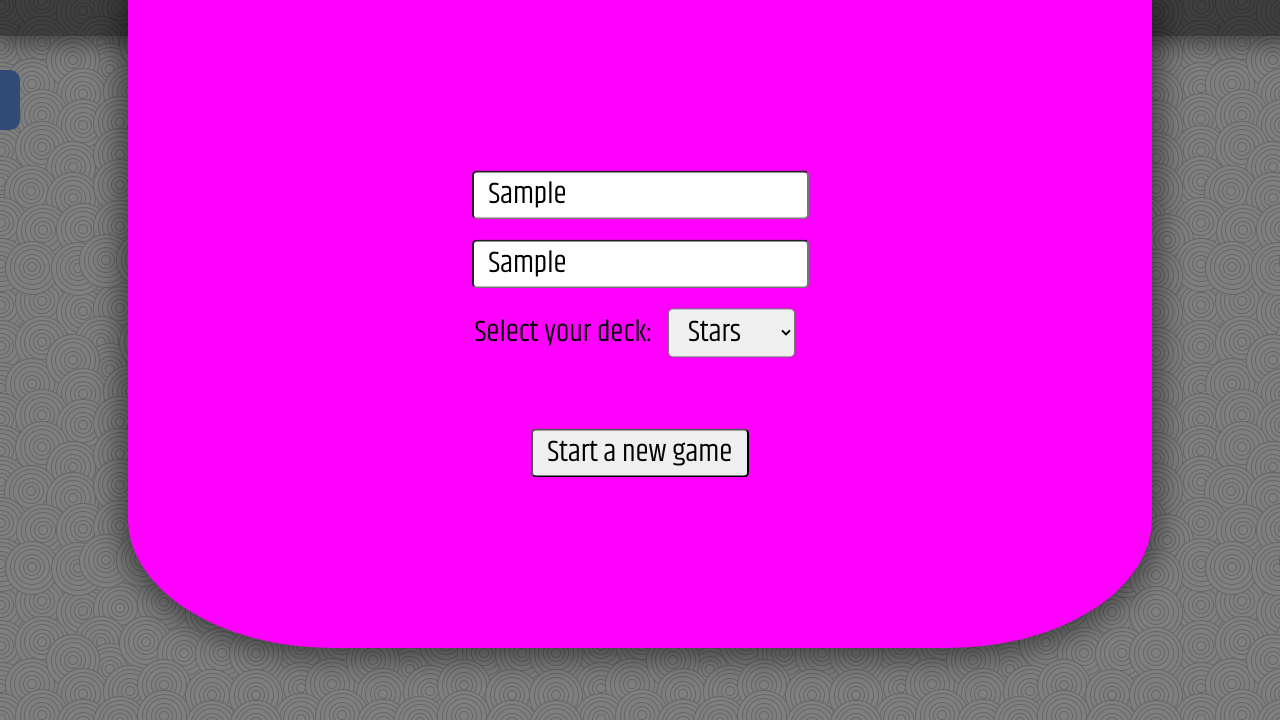
Repository: loragil/memory-game
Page: index.html
The author's editor kept a record of every edit. The page is drawn from the files as they stood at one moment, then again after the next edit.
The browser window is 1280 px wide. The pictures show the whole page.
Empty fields were first filled with sample values (such as "Sample", 5 or name@example.com).
After loading, the first visible `#selectDeck` was changed once.

Above is the page before.
Console error: TypeError: document.getElementByClassName is not a function

After the next edit:
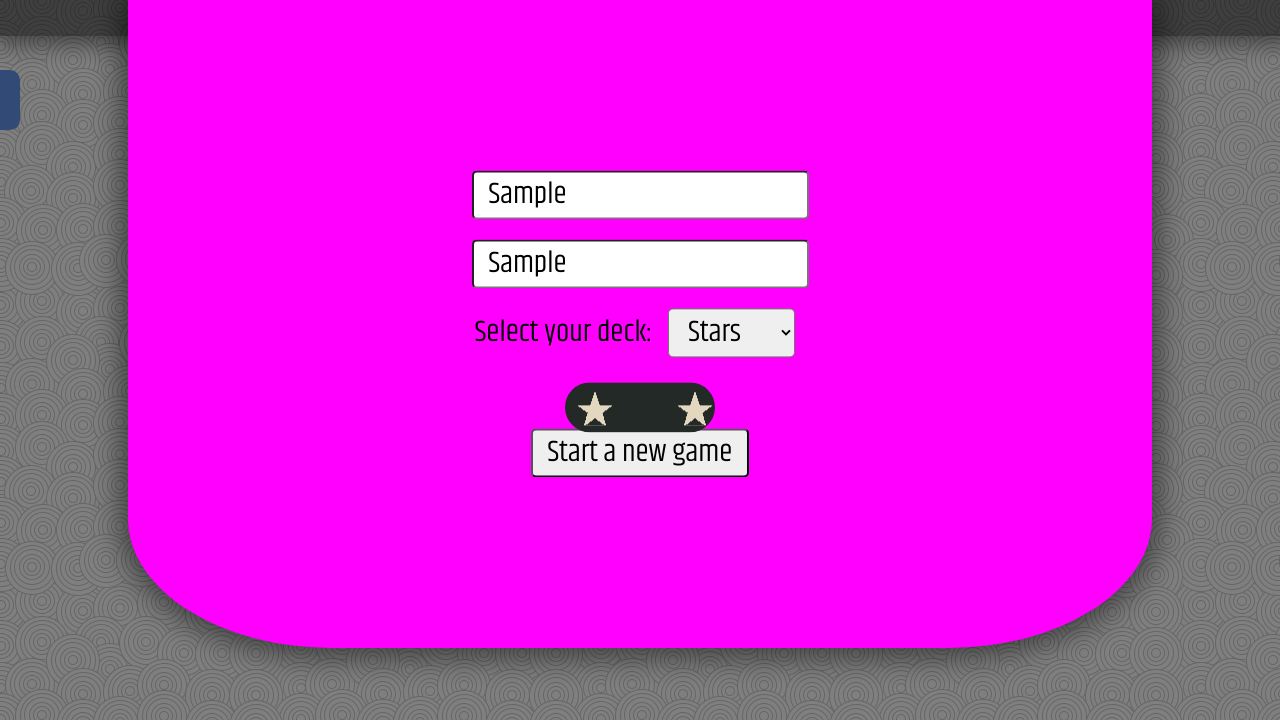
Console error: TypeError: Cannot read properties of null (reading 'querySelector')
The edit:
--- a/js/game.js
+++ b/js/game.js
@@ -207,7 +207,8 @@
     function updateSelectedDeck() {
         var gameCards = document.querySelectorAll('game-card');
         var backImage = deckSelect.value;
-        document.getElementByClassName('preview').classList.add(backImage);
+        document.querySelector('.preview').className = 'preview';
+        document.querySelector('.preview').classList.add(backImage);
         for (var i = 0; i < gameCards.length; i++) {
             var back = gameCards[i].shadowRoot.querySelector('.back');
             back.classList.add(backImage);
